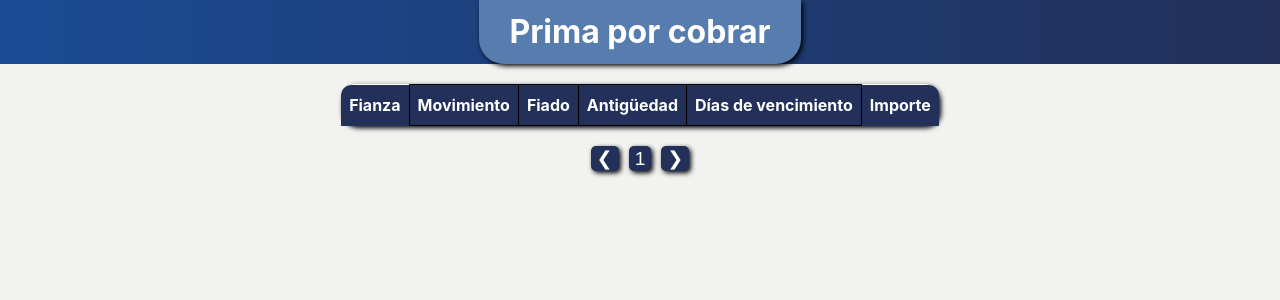
Repository: PCGP22/prueba-t-cnica-liberty-finanzas
Page: / (app in Prueba técnica full-stack/client/)
An editor plug-in stored every save of this project. The page is shown before and after the next save, followed by the edit.
The browser window is 1280 px wide. The pictures show the whole page.
The page's requests for data from a server got no answer. The project was rebuilt for these pictures with package versions that can differ from the ones it lists, and the page was loaded fresh each time. No one was signed in, and anything a server would have sent is missing. Also part of the build but not shown: Prueba técnica full-stack/client/vite.config.js, Prueba técnica full-stack/client/src/components/Card.jsx, Prueba técnica full-stack/client/src/components/CardsContainer.jsx, Prueba técnica full-stack/client/src/components/Filters.jsx.

Above is the page before, as saved 2023-11-14 08:35:42.

After the next save:
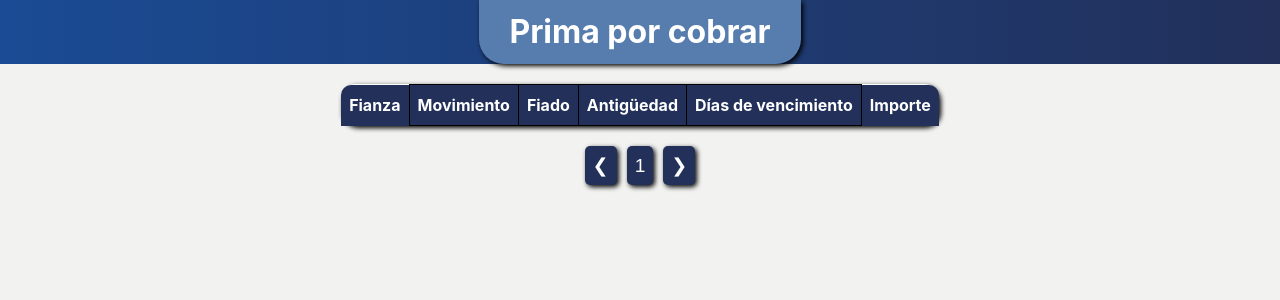
Saved 11 s later.
--- a/Prueba técnica full-stack/client/src/index.css
+++ b/Prueba técnica full-stack/client/src/index.css
@@ -214,6 +214,5 @@ table tr:first-child:hover{
   box-shadow: var(--box-shadow);
   border:transparent;
   border-radius:5px;
-  display: grid;
-  place-content: center;
-}
+  padding: 8px;
+}
